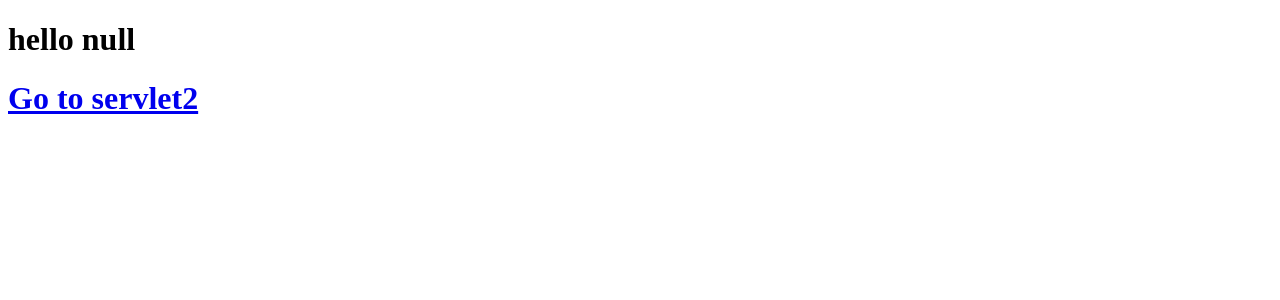
Repository: Attishgawali/JavaServletAndJSP
Page: http://localhost/demoApp3/servlet1
These files come from the project's save history. The page is drawn as it stood at one moment and after the next save; the edit follows.
The browser window is 1280 px wide. The pictures show the whole page.
The page is served by Tomcat 9. Other server files are loaded and not shown.

Above is the page before, as saved 2023-07-06 08:29:03.

### demoApp3/src/main/java/com/practice/servlet1.java
package com.practice;

import java.io.IOException;
import java.io.PrintWriter;

import javax.servlet.http.HttpServlet;
import javax.servlet.http.HttpServletRequest;
import javax.servlet.http.HttpServletResponse;

public class servlet1 extends HttpServlet{
	protected void service(HttpServletRequest req, HttpServletResponse res) throws IOException {

		PrintWriter out=res.getWriter();
		res.setContentType("text/html");

		String userName = req.getParameter("username");
		System.out.println("servlet1 is called ... username is : "+userName);

		out.println("<!DOCTYPE html>");
		out.println( "<html>" );
		out.println( "<head>" );
		out.println( "<title>welcome file</title>" );
		out.println( "</head>" );

		out.println( "<body>" );
		out.println("<h1> hello "+ userName+ "</h1>");
		out.println( "<h1> <a href='/servlet2'>Go to servlet2</a></h1>" );
		out.println( "</body>" );
		out.println( "</html>" );

	}
}

After the next save:
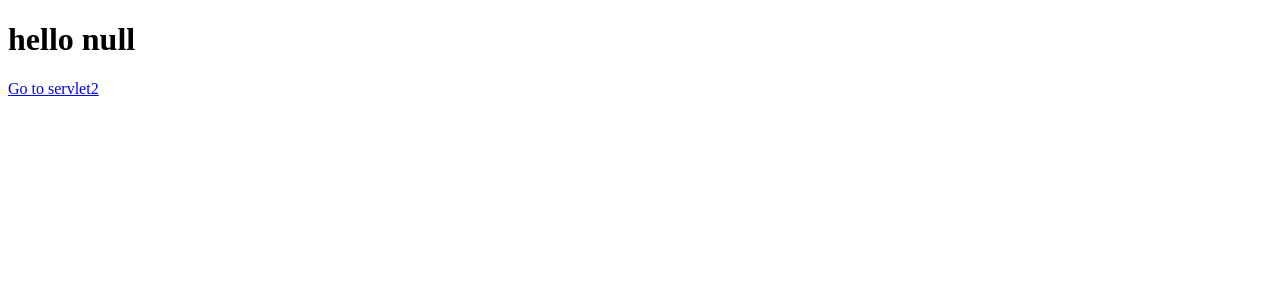
Saved 63 s later.
--- a/demoApp3/src/main/java/com/practice/servlet1.java
+++ b/demoApp3/src/main/java/com/practice/servlet1.java
@@ -24,7 +24,7 @@ public class servlet1 extends HttpServlet{
 
 		out.println( "<body>" );
 		out.println("<h1> hello "+ userName+ "</h1>");
-		out.println( "<h1> <a href='/servlet2'>Go to servlet2</a></h1>" );
+		out.println( "<a href='servlet2'>Go to servlet2</a>" );
 		out.println( "</body>" );
 		out.println( "</html>" );
 
